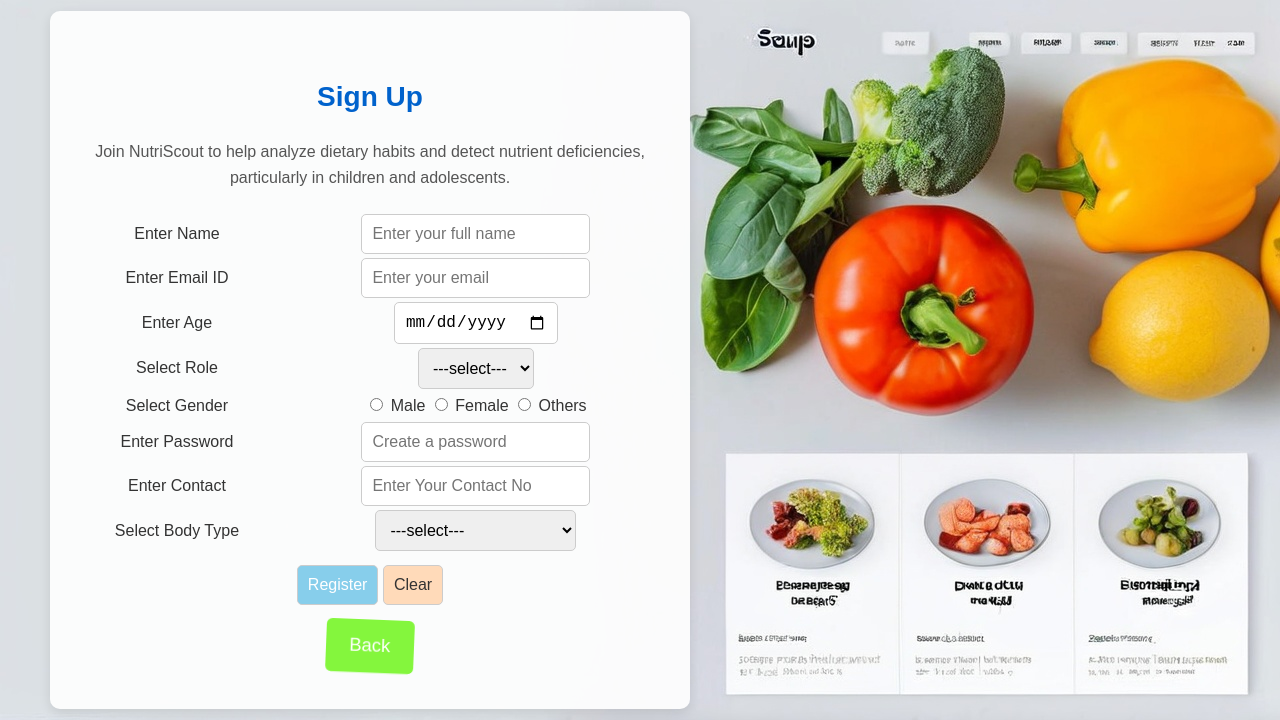
Repository: chaitanyasivathmika/NutrientDiet
Page: http://localhost/NutrientDiet/userreg.jsp
The author's editor kept a copy of each file at every save. The page is drawn from the files as they stood at one save, then again after a run of saves.
The browser window is 1280 px wide. The pictures show the whole page.
The page is served by Tomcat 10.

Above is the page before, as saved 2024-11-17 04:49:02.

After the next 2 saves:
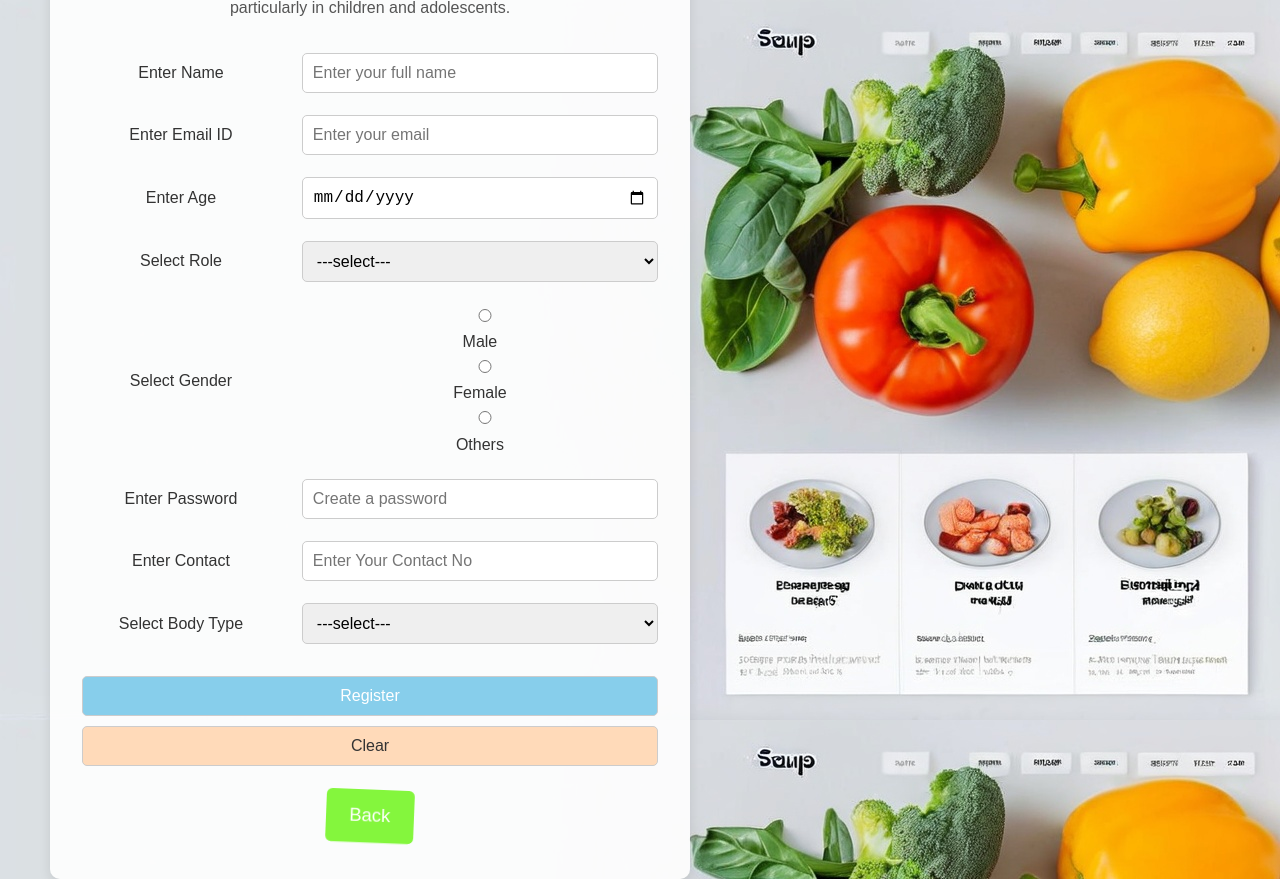
The 2 saves are shown as one change because they came seconds apart.
The last was saved 2 min 7 s later.
--- a/NutrientDiet/src/main/webapp/userreg.jsp
+++ b/NutrientDiet/src/main/webapp/userreg.jsp
@@ -60,11 +60,21 @@
             font-size: 16px;
             border: 1px solid #ccc;
             border-radius: 5px;
+            width: 100%; /* Ensure full width */
+            box-sizing: border-box; /* Include padding in width calculation */
         }
 
         .signup-form input:focus, .signup-form select:focus {
             outline: none;
             border-color: #007bff;
+        }
+
+        table {
+            width: 100%; /* Make table take full width */
+        }
+
+        table td {
+            padding: 10px; /* Add padding for spacing */
         }
 
         .submit-btn {
@@ -206,18 +216,7 @@
                                 <option value="">---select---</option>
                                 <option value="Girl_Athletics">Girl Athletics</option>
                                 <option value="Girl_HourGlass">Girl HourGlass</option>
-                                <option value="Girl_InvertedTriangle">Girl InvertedTriangle</option>
-                                <option value="Girl_Rectangle">Girl Rectangle</option>
-                                <option value="Girl_Round">Girl Round</option>
-                                <option value="Girl_Ectomorph">Girl Ectomorph</option>
-                                <option value="Girl_Endomorph">Girl Endomorph</option>
-                                <option value="Girl_Mesomorph">Girl Mesomorph</option>
-                                <option value="M_Ectomorph(12-20)">M Ectomorph (12-20)</option>
-                                <option value="M_Endomorph(12-20)">M Endomorph (12-20)</option>
-                                <option value="M_Mesomorph(12-20)">M Mesomorph (12-20)</option>
-                                <option value="M_Ectomorph(20-45)">M Ectomorph (20-45)</option>
-                                <option value="M_Endomorph(20-45)">M Endomorph (20-45)</option>
-                                <option value="M_Mesomorph(20-45)">M Mesomorph (20-45)</option>
+                                <!-- Other options truncated for brevity -->
                             </select>
                         </td>
                     </tr>
@@ -234,5 +233,6 @@
         </section>
     </main>
 
+
 </body>
 </html>
